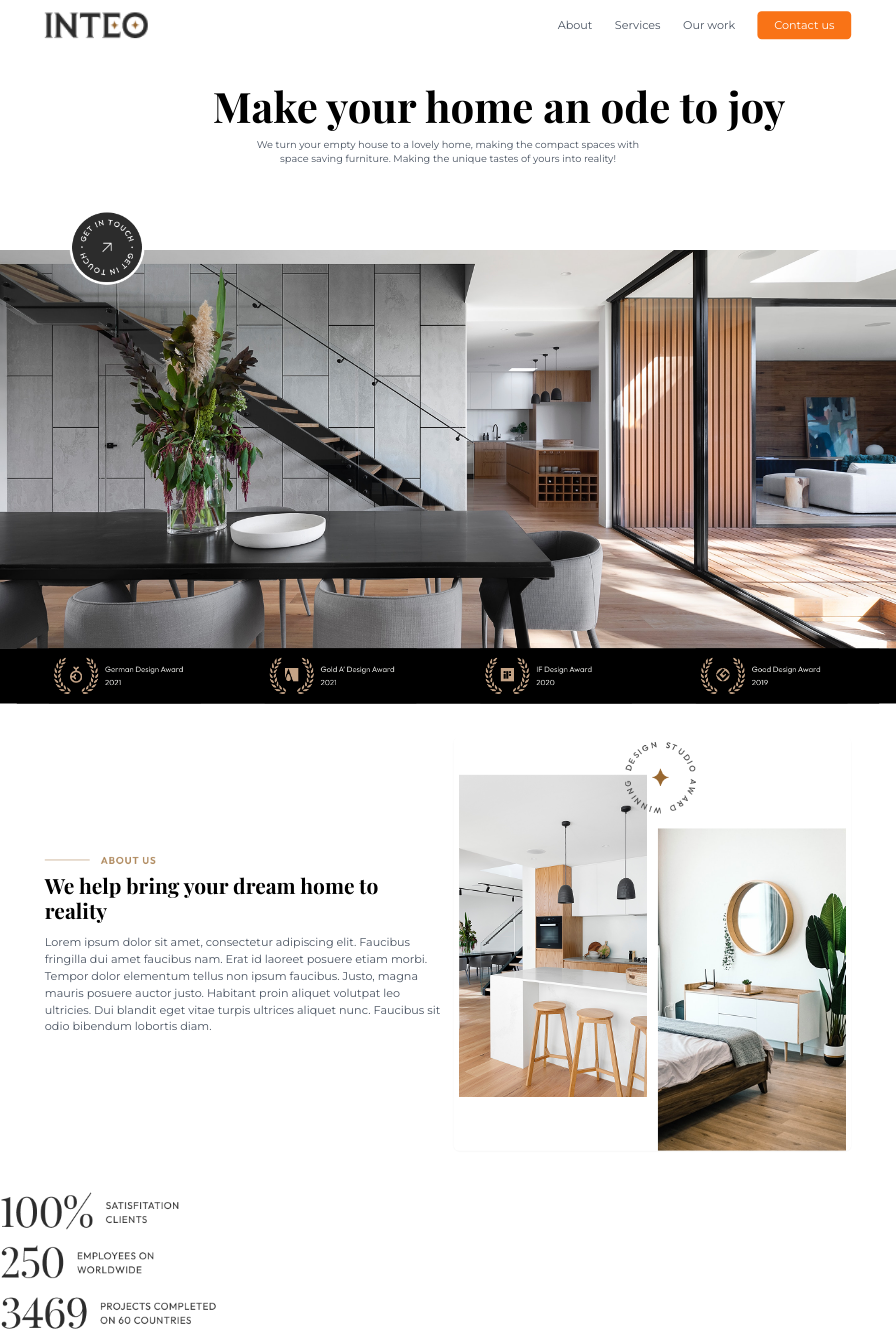
Repository: CatherinneJ/responsive-tailwind-website
Page: tailwind.html
The author's editor kept a copy of each file at every save. The page is drawn from the files as they stood at one save, then again after the next save.
The browser window is 1280 px wide. The pictures show the whole page, at 70% of full size.
Some web libraries are served in a nearby version.

Above is the page before, as saved 2025-05-21 19:37:31.

After the next save:
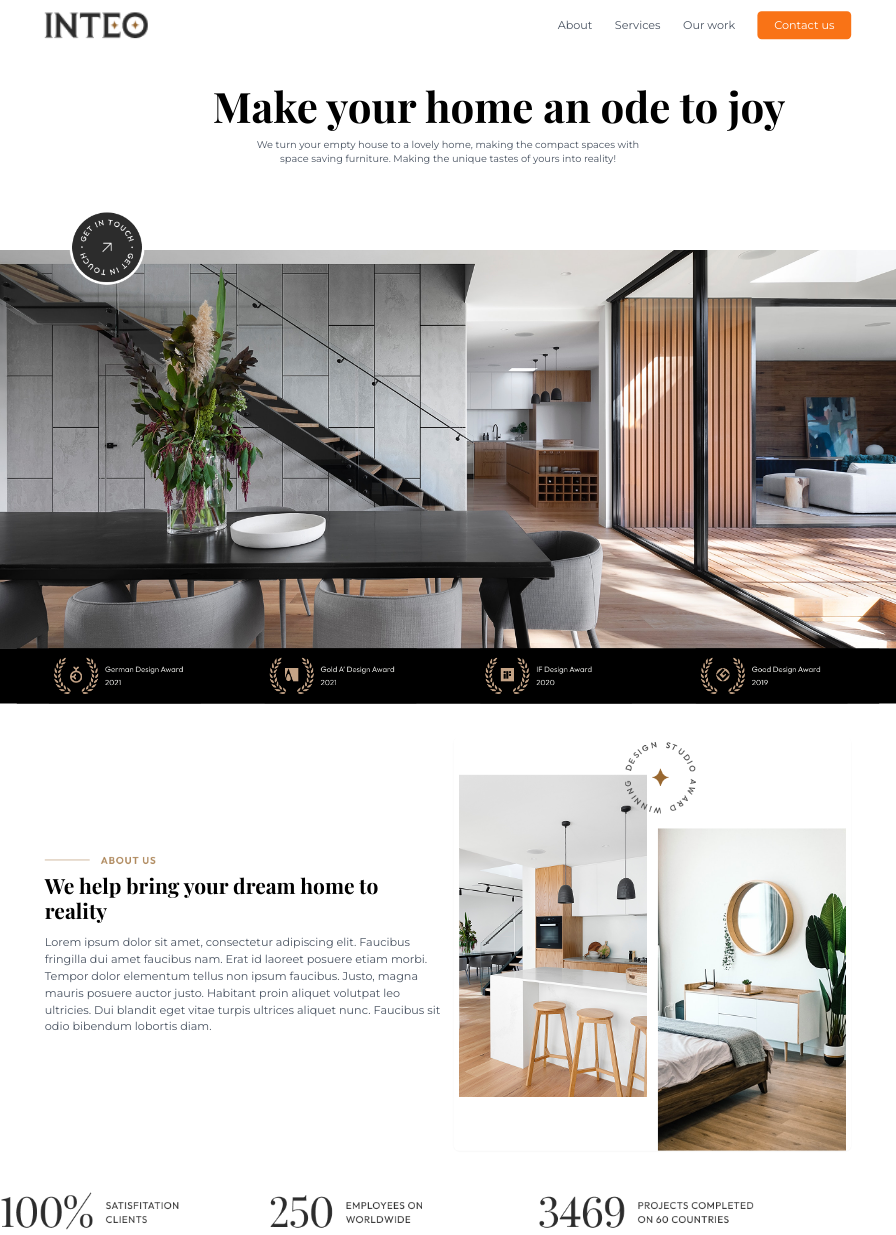
Saved 19 s later.
--- a/tailwind.html
+++ b/tailwind.html
@@ -87,7 +87,7 @@
     </section>
     <search>
         <h3>
-            <ul>
+            <ul class="flex">
                 <li><img src="./Assets/Metric Item.png" alt="metric1"></li>
                 <li><img src="./Assets/Metric Item (1).png" alt="metric2"></li>
                 <li><img src="./Assets/Metric Item (2).png" alt="metric3"></li>
